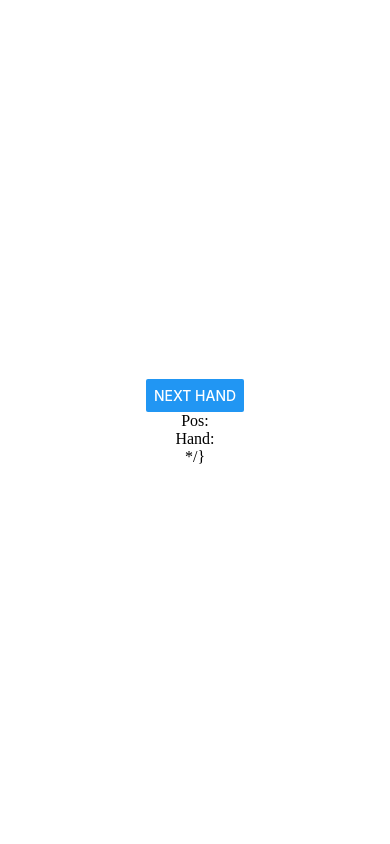
Repository: Nicholas-Kyle/RangeTrainer
Screen: /
An editor plug-in stored every save of this project. The screen is shown before and after the next save, followed by the edit.
The app was drawn by React Native's web renderer in a window 390 px wide. The project was rebuilt for these pictures with package versions that can differ from the ones it lists, and the page was loaded fresh each time. Also part of the build but not shown: RangeTrainer/ACTIONS.js, RangeTrainer/ActionButtonGroup.js.

Above is the screen before, as saved 2018-03-18 18:10:28.

### App.js
import React from "react";
import { StyleSheet, Text, View } from "react-native";
import RangeTrainer from "./RangeTrainer/RangeTrainer";

export default class App extends React.Component {
  render() {
    return <RangeTrainer />;
  }
}

const styles = StyleSheet.create({
  container: {
    flex: 1,
    backgroundColor: "#fff",
    alignItems: "center",
    justifyContent: "center"
  }
});

### RangeTrainer/RangeTrainer.js
import React, { Component } from "react";
import { StyleSheet, Text, View, Button } from "react-native";
import Scoreboard from "./Scoreboard";
import ActionButtonGroup from "./ActionButtonGroup";

const POSITIONS = ["EP", "MP", "HJ", "CO", "BTN"];
const groupOne = ["AA", "KK", "QQ", "JJ"];
const groupTwo = ["AKs", "AKo"];
const groupThree = ["AQs"];
const groupfour = ["TT", "99", "88"];
const groupfive = ["AJs", "AQo"];
const groupSix = ["ATs", "KQs", "AJo"];
const groupSeven = ["ATo", "KQo"];
const groupEight = ["77", "66", "55", "44", "33", "22"];
const groupNine = ["KJs", "KTs", "QJs"];
const groupTen = ["JTs", "T9s", "98s", "87s", "76s", "65s", "54s"];
const groupEleven = ["QTs", "J9s", "108s", "97s", "86s", "75s", "64s", "53s"];
const groupTwlegth = ["Q9s", "J8s", "107s", "96s", "85s", "74s", "63s", "52s"];
const groupThirteen = ["JTo", "T9o", "98o", "87o", "76o", "65o", "54o"];

const positionWithGroups = {
  [POSITIONS[0]]: {
    raiseDefend: [...groupOne, ...groupTwo, ...groupThree],
    raiseFold: [...groupfour, ...groupfive, ...groupSix],
    limp: [...groupSeven]
  },
  [POSITIONS[1]]: {
    raiseDefend: [...groupOne, ...groupTwo, ...groupThree],
    raiseFold: [...groupfour, ...groupfive, ...groupSix, ...groupSeven],
    limp: [...groupEight]
  },
  [POSITIONS[2]]: {
    raiseDefend: [
      ...groupOne,
      ...groupTwo,
      ...groupThree,
      ...groupfour,
      ...groupfive
    ],
    raiseFold: [...groupSix, ...groupSeven, ...groupEight],
    limp: [...groupNine, ...groupTen]
  },
  [POSITIONS[3]]: {
    raiseDefend: [
      ...groupOne,
      ...groupTwo,
      ...groupThree,
      ...groupfour,
      ...groupfive,
      ...groupSix
    ],
    raiseFold: [...groupSeven, ...groupEight, ...groupNine],
    limp: [...groupTen, ...groupEleven, ...groupTwlegth]
  },
  [POSITIONS[4]]: {
    raiseDefend: [
      ...groupOne,
      ...groupTwo,
      ...groupThree,
      ...groupfour,
      ...groupfive,
      ...groupSix
    ],
    raiseFold: [...groupSeven, ...groupEight, ...groupNine, ...groupTen],
    limp: [...groupEleven, ...groupTwlegth, ...groupThirteen]
  }
};

class RangeTrainer extends Component {
  constructor(props) {
    super(props);
    this.state = { score: 0, wrongHands: [] };
    this.newHand = this.newHand.bind(this);
    this.checkAction = this.checkAction.bind(this);
  }

  getRandomPosition() {
    return POSITIONS[Math.floor(Math.random() * POSITIONS.length)];
  }

  getRandomHand() {
    let ranks = [
      "A",
      "K",
      "Q",
      "J",
      "T",
      "9",
      "8",
      "7",
      "6",
      "5",
      "4",
      "3",
      "2"
    ];
    let randomIndexOne = Math.floor(Math.random() * ranks.length);
    let randomIndexTwo = Math.floor(Math.random() * ranks.length);
    let cardOne;
    let cardTwo;
    if (randomIndexOne < randomIndexTwo) {
      cardOne = ranks[randomIndexOne];
      cardTwo = ranks[randomIndexTwo];
    } else {
      cardOne = ranks[randomIndexTwo];
      cardTwo = ranks[randomIndexOne];
    }

    let randomNumberBetweenOneAndFour = Math.floor(Math.random() * 4) + 1;

    let suited = "";
    if (cardOne !== cardTwo) {
      if (randomNumberBetweenOneAndFour === 4) {
        suited = "s";
      } else {
        suited = "o";
      }
    }

    return `${cardOne}${cardTwo}${suited}`;
  }

  newHand() {
    this.setState({
      position: this.getRandomPosition(),
      hand: this.getRandomHand(),
      action: null
    });
  }

  findCorrectActionForHandInPosition(hand, position) {
    const positionGroups = positionWithGroups[position];
    if (positionGroups.raiseDefend.includes(hand)) {
      return "raiseDefend";
    }
    if (positionGroups.raiseFold.includes(hand)) {
      return "raiseFold";
    }
    if (positionGroups.limp.includes(hand)) {
      return "limp";
    }

    return "fold";
  }

  checkAction(playerAction) {
    const { hand, position } = this.state;

    const correctAction = this.findCorrectActionForHandInPosition(
      hand,
      position
    );
    const handSuccess = playerAction === correctAction;

    const correctActionMessage = handSuccess
      ? ""
      : `Correct action is ${correctAction}. For Hand ${hand} and position ${position}`;

    const extraScore = handSuccess ? 10 : -10;

    this.setState(
      ({ score: oldScore, wrongHands }) => ({
        score: oldScore + extraScore,
        handSuccess,
        action: playerAction,
        correctActionMessage,
        wrongHands: wrongHands.concat(correctActionMessage)
      }),
      this.newHand()
    );
  }

  render() {
    const {
      position,
      hand,
      handSuccess,
      action,
      score,
      correctActionMessage,
      wrongHands
    } = this.state;
    return (
      <View style={styles.container}>
        {/* {/* <Scoreboard score={score} /> */}
        <View>
          <Button title="Next Hand" onClick={this.newHand} />
        </View>
        <View>Pos: {position}</View>
        <View>Hand: {hand}</View>
        {hand && <ActionButtonGroup onAction={this.checkAction} />}
        {action && (
          <View>
            {action &&
              handSuccess && (
                <Text style={{ backgroundColor: "green" }}>Correct action</Text>
              )}

            {!handSuccess && (
              <Text style={{ backgroundColor: "red" }}>Wrong action</Text>
            )}
          </View>
        )}
        {wrongHands && (
          <View> {wrongHands.map(wrongHand => <View>{wrongHand}</View>)}</View>
        )}{" "}
        */}
      </View>
    );
  }
}

export default RangeTrainer;

const styles = StyleSheet.create({
  container: {
    flex: 1,
    backgroundColor: "#fff",
    alignItems: "center",
    justifyContent: "center"
  }
});

### RangeTrainer/Scoreboard.js
import React from "react";
import { StyleSheet, Text, View } from "react-native";
// import "./Scoreboard.css";

const Scoreboard = ({ score }) => (
  <View style={styles.container}>
    <Text>Score: {score}</Text>
  </View>
);

export default Scoreboard;

const styles = StyleSheet.create({
  container: {
    flex: 1,
    backgroundColor: "#fff",
    alignItems: "center",
    justifyContent: "center"
  }
});

After the next save:
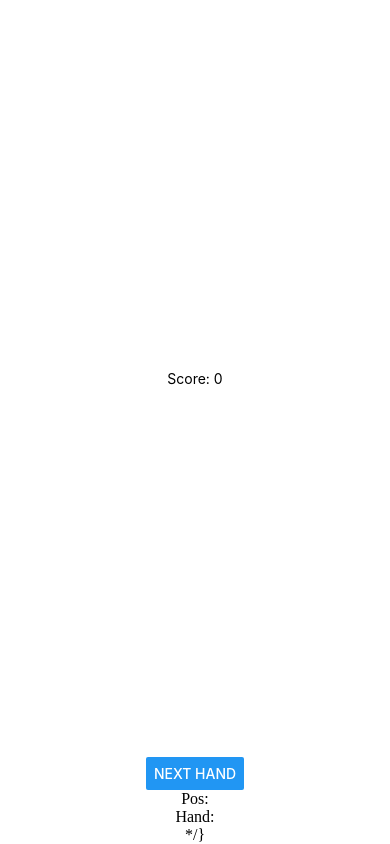
Saved 13 s later.
--- a/RangeTrainer/RangeTrainer.js
+++ b/RangeTrainer/RangeTrainer.js
@@ -182,7 +182,7 @@ class RangeTrainer extends Component {
     } = this.state;
     return (
       <View style={styles.container}>
-        {/* {/* <Scoreboard score={score} /> */}
+        <Scoreboard score={score} />
         <View>
           <Button title="Next Hand" onClick={this.newHand} />
         </View>
